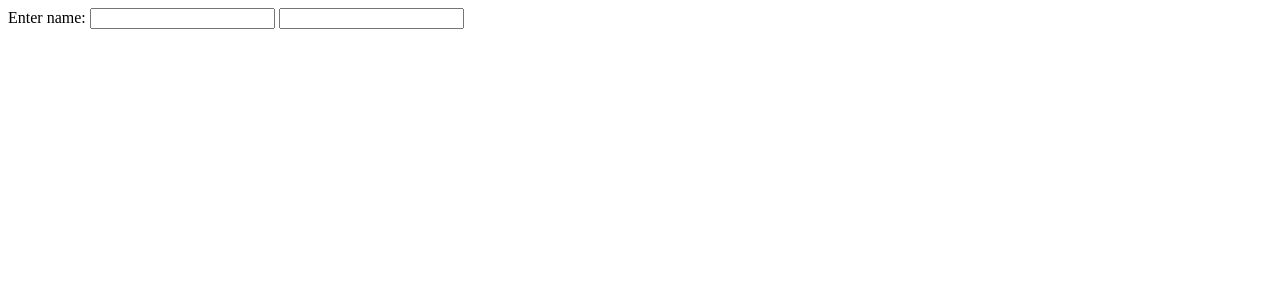
Repository: SanketSShedge/weje2
Page: servlet/src/main/webapp/studentreg.html
These files come from the project's save history. The page is drawn as it stood at one moment and after a run of saves; the edit follows.
The browser window is 1280 px wide. The pictures show the whole page.

Above is the page before, as saved 2022-12-11 07:17:39.

After the next 2 saves:
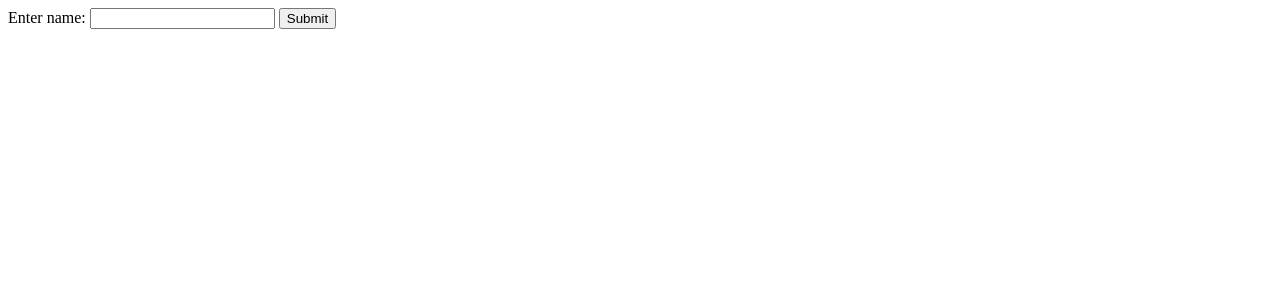
The 2 saves are shown as one change because they came seconds apart.
The last was saved 13 s later.
--- a/servlet/src/main/webapp/studentreg.html
+++ b/servlet/src/main/webapp/studentreg.html
@@ -9,7 +9,7 @@
 	<label>Enter name:</label>
 	<input type="text" name="name">
 
-	<input type="text" >
+	<input type="Submit">
 </form>
 </body>
 </html>
